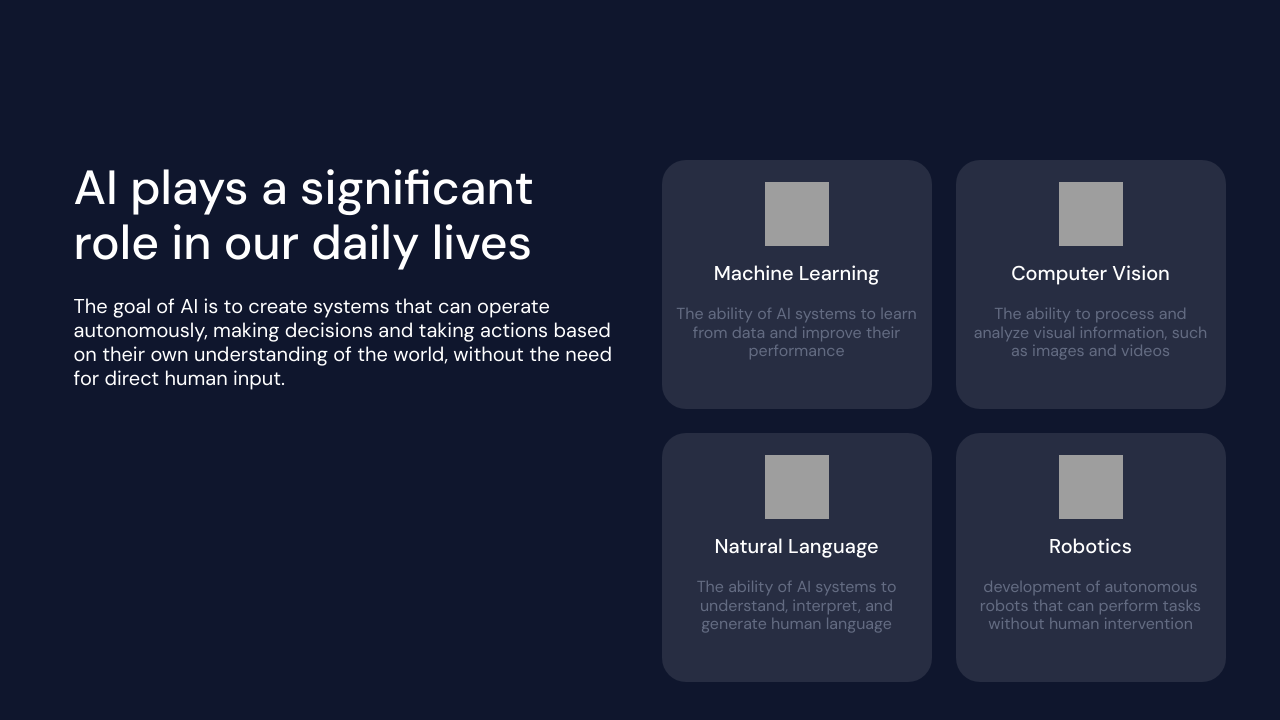
Repository: guli95/four-areas-of-AI-INVO-ACAdemy
Page: /
These files come from the project's save history. The page is drawn as it stood at one moment and after the next save; the edit follows.
The browser window is 1280 px wide. The pictures show the whole page.
Pictures or frames that could not be fetched are drawn as grey boxes. The project was rebuilt for these pictures with package versions that can differ from the ones it lists, and the page was loaded fresh each time.

Above is the page before, as saved 2023-03-13 15:44:53.

After the next save:
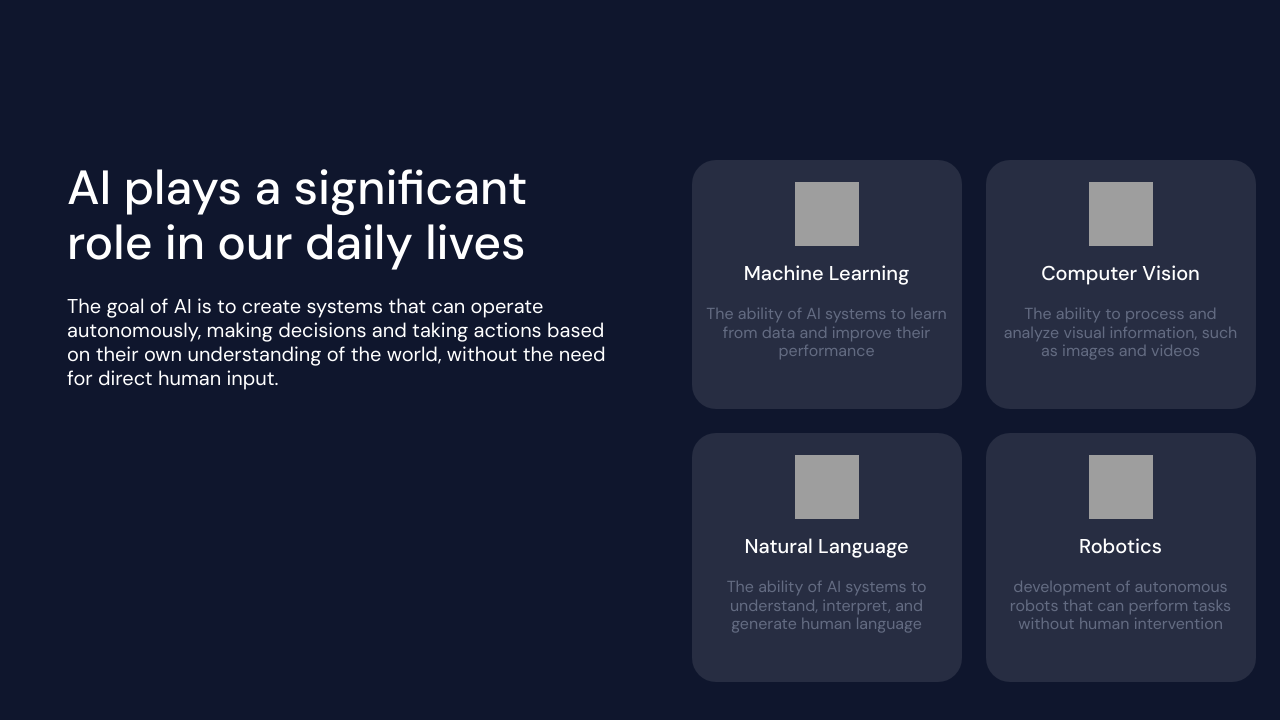
Saved 60 s later.
--- a/src/pages/home-page/styles/home-page.scss
+++ b/src/pages/home-page/styles/home-page.scss
@@ -28,6 +28,7 @@
         vertical-align: top;
         max-width: 540px;
         padding-left: 47px;
+        padding-right: 60px;
         @media screen and (max-width:1024px) {
             width: 100%;
             padding: 0 16px;
